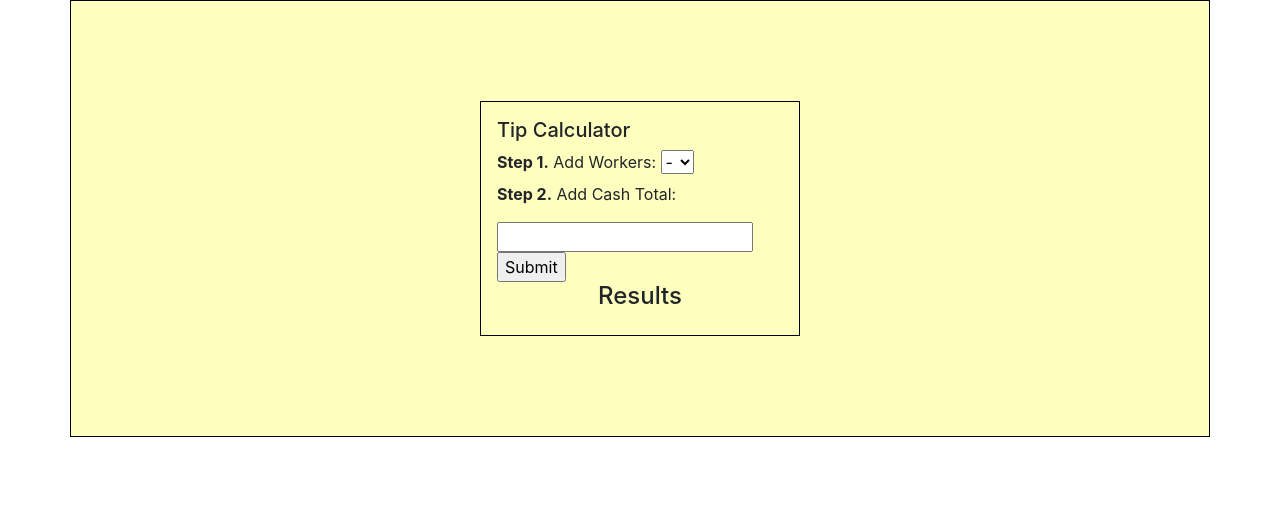
Repository: PBillingsby/on-the-fly
Page: on-the-fly-frontend/index.html
These files come from the project's save history. The page is drawn as it stood at one moment and after the next save; the edit follows.
The browser window is 1280 px wide. The pictures show the whole page.

Above is the page before, as saved 2020-07-13 16:24:06.

After the next save:
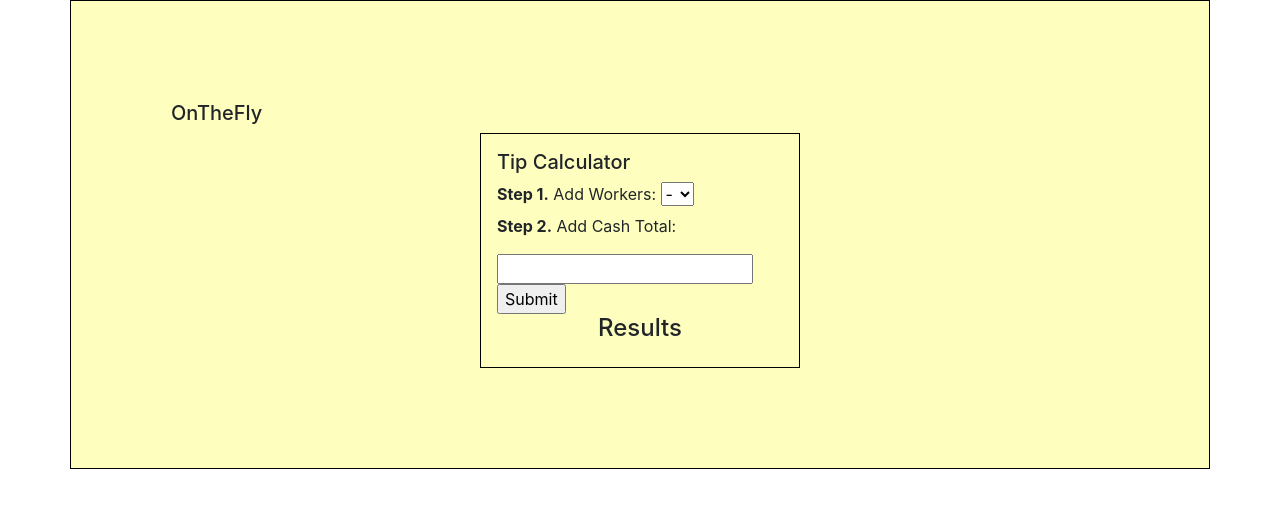
Saved 32 s later.
--- a/on-the-fly-frontend/index.html
+++ b/on-the-fly-frontend/index.html
@@ -11,31 +11,33 @@
 </head>
 <body>
   <div class="container">
+    <header>
+      <h5>OnTheFly</h5>
+    </header>
+    <div class="tip-calculator mx-auto">
+        <div id="worker-form" class="mx-auto">
+          <h5>Tip Calculator</h5>
+          <label><strong>Step 1.</strong> Add Workers:</label>
+          <select name="worker" id="addworker" onchange="addWorker(value)">
+            <option value="-" disable>-</option>
+            <option value="1">1</option>
+            <option value="2">2</option>
+            <option value="3">3</option>
+            <option value="4">4</option>
+            <option value="5">5</option>
 
-      <div class="tip-calculator mx-auto">
-          <div id="worker-form" class="mx-auto">
-            <h5>Tip Calculator</h5>
-            <label><strong>Step 1.</strong> Add Workers:</label>
-            <select name="worker" id="addworker" onchange="addWorker(value)">
-              <option value="-" disable>-</option>
-              <option value="1">1</option>
-              <option value="2">2</option>
-              <option value="3">3</option>
-              <option value="4">4</option>
-              <option value="5">5</option>
+          </select>
 
-            </select>
+          <form id="form-block">
+          </form>
+          <p><strong>Step 2.</strong> Add Cash Total:</p><input type="number" placeholder="" id="cashTips"></span>
+          <input type="submit" placeholder="Add Cash" onclick="calculateTips()">
 
-            <form id="form-block">
-            </form>
-            <p><strong>Step 2.</strong> Add Cash Total:</p><input type="number" placeholder="" id="cashTips"></span>
-            <input type="submit" placeholder="Add Cash" onclick="calculateTips()">
-
-          </div>
-          <div id="results" class="mx-auto">
-            <h4 class="text-center">Results</h4>
-          </div>
         </div>
+        <div id="results" class="mx-auto">
+          <h4 class="text-center">Results</h4>
+        </div>
+      </div>
   </div>
 
 </body>
